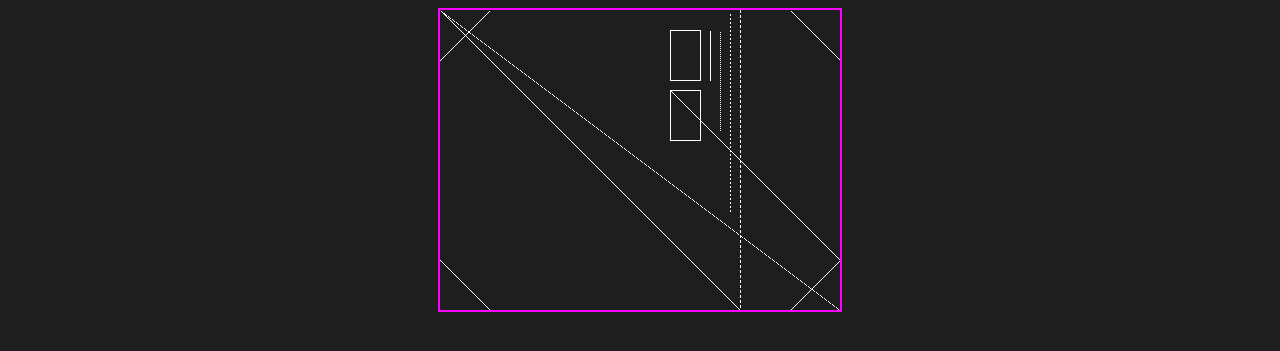
Repository: StarLightGX/miao
Page: paint.html
These files come from the project's save history. The page is drawn as it stood at one moment and after the next save; the edit follows.
The browser window is 1280 px wide. The pictures show the whole page.

Above is the page before, as saved 2020-11-12 20:30:34.

### paint.html
<!DOCTYPE html>
<html lang="en">
  <head>
    <meta charset="UTF-8" />
    <title>画图</title>
    <style>
      html {
        background-color: rgb(30, 30, 30);
      }
      canvas {
        border: 2px solid #f0f;
        display: block;
        margin: auto;
      }
    </style>
  </head>
  <body>
    <canvas width="400" height="300"></canvas>
  </body>
  <script>
    var canvas = document.querySelector("canvas");
    canvas.style.imageRendering = "pixelated";
    var ctx = canvas.getContext("2d");

    function dot(x, y, color = "white") {
      x = x | 0;
      y = y | 0;
      ctx.fillStyle = color;
      ctx.fillRect(x, y, 1, 1);
    }

    function line(x1, y1, x2, y2) {
      ctx.strokeStyle = "black";
      ctx.moveTo(x1, y1);
      ctx.lineTo(x2, y2);
      ctx.stroke();
    }
    /**
   * YOUR TASK
画图的题：
画一条实线
画一条一个实点一个空点的虚线
画一条两个实点两个空点的虚线
画一条三个实点两个空点的虚线
画一条45度的斜线
画一条30度的斜线（选做）
在四个角画分别画一条45度的斜线以让画面看起来像一个相框
画一条跨越画布左上角和右下角的对角线
画一个空心矩形
画一个实心矩形
画一个rgb色彩空间的某一面
画一个空心的圆
画一个实心的圆
画一个大小合适的sin(x)的图像
   */
  </script>
  <script>
    // YOUR CODE GOES BELOW
    var x = 1;
    var y = 1;
    var i = 0;

    // 画一条实线
    y = 20;
    for (i = 0; i < 50; i++) {
      y = y + 1;
      x = 270;
      dot(x, y);
    }

    // 画一条一个实点一个空点的虚线
    y = 20;
    for (i = 0; i < 50; i++) {
      y = y + 2;
      x = 280;
      dot(x, y);
    }

    // 画一条两个实点两个空点的虚线

    for (i = 0; i < 50; i++) {
      y = 4 * (i + 1);
      x = 290;
      dot(x, y);
    }

    for (i = 0; i < 50; i++) {
      y = 4 * (i + 1) + 1;
      x = 290;
      dot(x, y);
    }

    // 画一条三个实点两个空点的虚线

    for (i = 0; i < 100; i++) {
      y = 5 * (i + 1);
      x = 300;
      dot(x, y - 10);
    }

    for (i = 0; i < 100; i++) {
      y = 5 * (i + 1) + 1;
      x = 300;
      dot(x, y - 10);
    }

    for (i = 0; i < 100; i++) {
      y = 5 * (i + 1) + 2;
      x = 300;
      dot(x, y - 10);
    }

    // 画一条45度的斜线
    y = 0;
    for (i = 0; i < 1050; i++) {
      y = y + 1;
      x = y;
      dot(x, y);
    }
    // 画一条30度的斜线（选做）
    y = 0;
    for (i = 0; i < 1050; i++) {
      y = y + 1;
      x = y;
      dot(x, y);
    }
    // 在四个角画分别画一条45度的斜线以让画面看起来像一个相框
    y = 0;
    for (i = 0; i < 1050; i++) {
      y = y + 1;
      x = y;
      dot(x - 250, y);
    }
    y = 0;
    for (i = 0; i < 1050; i++) {
      y = y + 1;
      x = y;
      dot(x + 350, y);
    }
    y = 0;
    for (i = 0; i < 1050; i++) {
      y = y + 1;
      x = -y;
      dot(x + 50, y);
    }
    y = 0;
    for (i = 0; i < 1050; i++) {
      y = y + 1;
      x = -y;
      dot(x + 650, y);
    }

    // 画一条跨越画布左上角和右下角的对角线
    y = 0;
    for (i = 0; i < 500; i++) {
      y = y + 1;
      x = (4 / 3) * y;
      dot(x, y);
    }
    // 画一个空心矩形
    y = 20;
    for (i = 0; i < 50; i++) {
      y = y + 1;
      x = 260;
      dot(x, y);
    }
    y = 20;
    for (i = 0; i < 50; i++) {
      y = y + 1;
      x = 230;
      dot(x, y);
    }
    y = 20;
    for (i = 0; i < 31; i++) {
      y = y + 1;
      x = 30;
      dot(y + 209, x - 10);
    }
    y = 20;
    for (i = 0; i < 31; i++) {
      y = y + 1;
      x = 30;
      dot(y + 209, x + 40);
    }
    // 画一个实心矩形
    y = 80;
    for (i = 0; i < 50; i++) {
      y = y + 1;
      x = 260;
      dot(x, y);
    }
    y = 80;
    for (i = 0; i < 50; i++) {
      y = y + 1;
      x = 230;
      dot(x, y);
    }
    y = 20;
    for (i = 0; i < 31; i++) {
      y = y + 1;
      x = 30;
      dot(y + 209, x + 50);
    }
    y = 20;
    for (i = 0; i < 31; i++) {
      y = y + 1;
      x = 30;
      dot(y + 209, x + 100);
    }

    y = 80;
    x = 230;
    for (var c = 0; c < 50; c++) {
      for (i = 0; i < 50; i++) {
        y = y + 1;
        x = x + 1;
        dot(x, y);
      }
    }
    // 画一个rgb色彩空间的某一面
    // 画一个空心的圆
    // 画一个实心的圆
    // 画一个大小合适的sin(x)的图像
  </script>
</html>

After the next save:
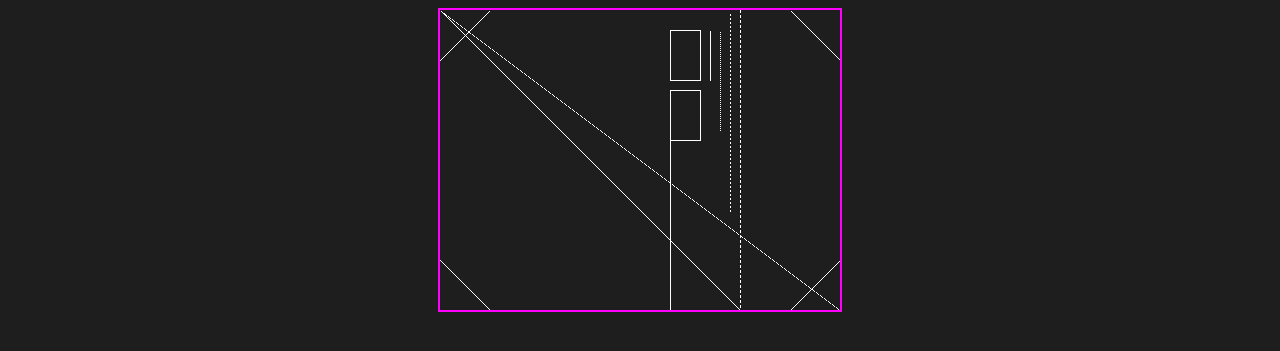
Saved 4 s later.
--- a/paint.html
+++ b/paint.html
@@ -213,7 +213,7 @@
     for (var c = 0; c < 50; c++) {
       for (i = 0; i < 50; i++) {
         y = y + 1;
-        x = x + 1;
+        x = x;
         dot(x, y);
       }
     }
